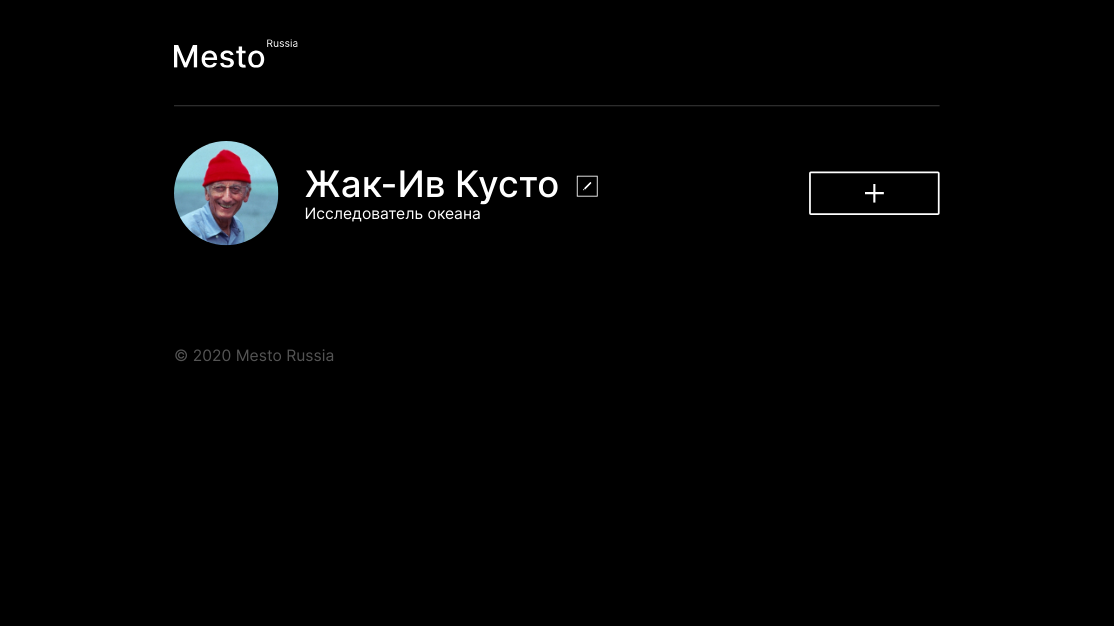
Repository: Akhtool/mesto
Page: index.html
An editor plug-in stored every save of this project. The page is shown before and after the next save, followed by the edit.
The browser window is 1280 px wide. The pictures show the whole page, at 87% of full size.

Above is the page before, as saved 2023-01-03 15:33:55.
Console error: ReferenceError: cardsList is not defined

### index.html
<!DOCTYPE html>
<html lang="ru">
<head>
    <meta charset="UTF-8">
    <meta http-equiv="X-UA-Compatible" content="IE=edge">
    <meta name="viewport" content="width=device-width, initial-scale=1.0">
    <link rel="stylesheet" href="pages/index.css">
    <title>Место</title>
</head>
<body class="page">
    <header class="header">
        <a href="#" class="header__logo-link">
            <img src="./images/header__logo.svg" class="header__logo" alt="Логотип сайта Место">
        </a>
    </header>
    <main class="container">
        <section class="profile">
            <img src="./images/profile__image.jpg" alt="Изображение профиля" class="profile__image">
            <div class="profile__info">
                <div class="profile__name-edit">
                    <h1 class="profile__name">Жак-Ив Кусто</h1>
                    <button type="button" class="profile__edit-button" aria-label="edit"></button>
                </div>
                <p class="profile__description">Исследователь океана</p>
            </div>
            <button type="button" class="profile__add-button" aria-label="add"></button>
        </section>
        <section class="cards">
            <ul class="cards__list"></ul>
        </section>
    </main>
    <footer class="footer">
        <p class="footer__copyright">© 2020 Mesto Russia</p>
    </footer>
    <!--Попап добавления карточек-->
    <div class="popup popup_type_add-card">
        <div class="popup__container">
            <h2 class="popup__title">Новое место</h2>
            <form action="#" name="input-form" class="popup__input-form popup__input-form_type_card">
                <input type="text" name="card-name" required class="popup__input popup__input_type_card-name" placeholder="Название">
                <input type="text" name="card-link" class="popup__input popup__input_type_card-link" placeholder="Ссылка на картинку">
                <input type="submit" value="Создать" class="popup__submit">
            </form>
            <button type="button" class="popup__close-button popup__close-button_type_add-card" aria-label="close"></button>
        </div>
    </div>
    <!--Попап просмотра фотографий-->

    <!--Попап редактирования профиля-->
    <div class="popup popup_type_profile-edit">
        <div class="popup__container">
            <h2 class="popup__title">Редактировать профиль</h2>
            <form action="#" name="input-form" class="popup__input-form popup__input-form_type_profile">
                <input type="text" name="user-name" required class="popup__input popup__input_type_name" placeholder="Имя">
                <input type="text" name="user-description" class="popup__input popup__input_type_description" placeholder="О себе">
                <input type="submit" value="Сохранить" class="popup__submit">
            </form>
            <button type="button" class="popup__close-button popup__close-button_type_profile" aria-label="close"></button>
        </div>
    </div>
    <!-- Шаблон для карточек -->
    <template id="card-template">
        <li class="card">
            <img class="card__image">
            <button type="button" class="card__delete-button"></button>
            <div class="card__info">
                <h2 class="card__name"></h2>
                <button type="button" class="card__like"></button>
            </div>
        </li>
    </template>
    <script src="./scripts/script.js"></script>
</body>
</html>

### pages/index.css
/* root */
@import url(../vendor/normalize.css);
@import url(../vendor/fonts/fonts.css);

/* content */
@import url(../blocks/page/page.css);
@import url(../blocks/container/container.css);

/* header */
@import url(../blocks/header/header.css);
@import url(../blocks/header/__logo-link/header__logo-link.css);
@import url(../blocks/header/__logo/header__logo.css);

/* container */

/* profile */
@import url(../blocks/profile/profile.css);
@import url(../blocks/profile/__image/profile__image.css);
@import url(../blocks/profile/__info/profile__info.css);
@import url(../blocks/profile/__description/profile__description.css);
@import url(../blocks/profile/__add-button/profile__add-button.css);
@import url(../blocks/profile/__name-edit/profile__name-edit.css);
@import url(../blocks/profile/__name/profile__name.css);
@import url(../blocks/profile/__edit-button/profile__edit-button.css);


/* cards */
@import url(../blocks/cards/cards.css);
@import url(../blocks/cards/__list/cards__list.css);


/* card */
@import url(../blocks/card/card.css);
@import url(../blocks/card/__image/card__image.css);
@import url(../blocks/card/__info/card__info.css);
@import url(../blocks/card/__name/card__name.css);
@import url(../blocks/card/__like/card__like.css);
@import url(../blocks/card/__like/_active/card__like_active.css);
@import url(../blocks/card/__delete-button/card__delete-button.css);

/* footer */
@import url(../blocks/footer/footer.css);
@import url(../blocks/footer/__copyright/footer__copyright.css);
/* popup */
@import url(../blocks/popup/popup.css);
@import url(../blocks/popup/_opened/popup_opened.css);
@import url(../blocks/popup/__container/popup__container.css);
@import url(../blocks/popup/__title/popup__title.css);
@import url(../blocks/popup/__input/popup__input.css);
@import url(../blocks/popup/__submit/popup__submit.css);
@import url(../blocks/popup/__close-button/popup__close-button.css);

### scripts/script.js
let editButton = document.querySelector('.profile__edit-button');
let popupEditProfile = document.querySelector('.popup_type_profile-edit');
let popupClose = document.querySelector('.popup__close-button_type_profile');
let formElement = document.querySelector('.popup__input-form_type_profile');
let nameInput = formElement.querySelector('.popup__input_type_name');
let jobInput = formElement.querySelector('.popup__input_type_description');
let profileName = document.querySelector('.profile__name');
let profileDescription = document.querySelector('.profile__description');

function openPopup() {
    nameInput.value = profileName.textContent;
    jobInput.value = profileDescription.textContent;
    popupEditProfile.classList.add('popup_opened');
}
function closePopup() {
    popupEditProfile.classList.remove('popup_opened');
}

function handleFormSubmit (evt) {
    evt.preventDefault();
    profileName.textContent = nameInput.value;
    profileDescription.textContent = jobInput.value;
    closePopup();
}

editButton.addEventListener('click', openPopup);
popupClose.addEventListener('click', closePopup);
formElement.addEventListener('submit', handleFormSubmit);

const initialCards = [
    {
      name: 'Архыз',
      link: 'https://pictures.s3.yandex.net/frontend-developer/cards-compressed/arkhyz.jpg'
    },
    {
      name: 'Челябинская область',
      link: 'https://pictures.s3.yandex.net/frontend-developer/cards-compressed/chelyabinsk-oblast.jpg'
    },
    {
      name: 'Иваново',
      link: 'https://pictures.s3.yandex.net/frontend-developer/cards-compressed/ivanovo.jpg'
    },
    {
      name: 'Камчатка',
      link: 'https://pictures.s3.yandex.net/frontend-developer/cards-compressed/kamchatka.jpg'
    },
    {
      name: 'Холмогорский район',
      link: 'https://pictures.s3.yandex.net/frontend-developer/cards-compressed/kholmogorsky-rayon.jpg'
    },
    {
      name: 'Байкал',
      link: 'https://pictures.s3.yandex.net/frontend-developer/cards-compressed/baikal.jpg'
    }
  ];
  // Функция добавление карточек из шаблон
  const createCardElement = (cardName, cardLink) => {
    // Взять содержание из шаблона
    const cardTemplate = document.querySelector('#card-template').content;
    // Взять тег куда будем вносить данные из шаблона
    const cardsList = document.querySelector('.cards__list');
    // Клонировать содержание шаблона
    const cardElement = cardTemplate.querySelector('.card').cloneNode(true);
    // Заполнить содержимым
    cardElement.querySelector('.card__name').textContent = cardName;
    cardElement.querySelector('.card__image').src = cardLink;

    // Кнопка лайка
    cardElement.querySelector('.card__like').addEventListener('click', function (evt) {
        evt.target.classList.toggle('card__like_active');
      });

    // Кнопка удаления карточки
    const cardDeleteButton = cardElement.querySelector('.card__delete-button');
    cardDeleteButton.addEventListener('click', function (evt) {
        cardElement.remove();
    });
    return cardElement;
};
// Добавление карточек из массива
const addCardElement = (name, link) => {
    // Отобразить на странице
    cardsList.prepend(createCardElement(name, link));
};
  const addCard = (array) => {
    array.forEach((element) => {
        addCardElement(element.name, element.link);
    });
  };

  addCard(initialCards);
//попап добавлениея фотографий
  const popupAddCard = document.querySelector ('.popup_type_add-card');
  const addCardButton = document.querySelector('.profile__add-button');
  const cardSaveButton = document.querySelector('.popup__save-button');
  const cardElementName = document.querySelector('.popup__input_type_card-name');
  const cardElementLink = document.querySelector('.popup__input_type_card-link');
  const addCardForm = document.querySelector('.popup__input-form_type_card');
  const popupCloseButton = document.querySelector('.popup__close-button_type_add-card');

  function openAddCardPopup() {
    popupAddCard.classList.add('popup_opened');

  }

  function closeAddCardPopup() {
    popupAddCard.classList.remove('popup_opened');
  }

  function handleAddCardForm (evt) {
    evt.preventDefault();
    addCardElement(cardElementName.value, cardElementLink.value);
    closeAddCardPopup();
}

  popupCloseButton.addEventListener('click', closeAddCardPopup);
  addCardForm.addEventListener('submit', handleAddCardForm);
  addCardButton.addEventListener('click', openAddCardPopup);

### vendor/fonts/fonts.css
@font-face {
    font-family: 'Inter';
    font-style: normal;
    font-weight: 400;
    src: url(./Inter-Regular.woff2) format(woff2),
         url(./Inter-Regular.woff) format(woff);
}

@font-face {
    font-family: 'Inter';
    font-style: normal;
    font-weight: 500;
    src: url(./Inter-Medium.woff2) format(woff2),
         url(./Inter-Medium.woff) format(woff);
}

@font-face {
    font-family: 'Inter';
    font-style: normal;
    font-weight: 900;
    src: url(./Inter-Black.woff2) format(woff2),
         url(./Inter-Black.woff) format(woff);
}

### blocks/page/page.css
.page {
    background-color: #000000;
    box-sizing: border-box;
    font-family: 'Inter', Arial, Helvetica, sans-serif;
    -moz-osx-font-smoothing: grayscale;
    -webkit-font-smoothing: antialiased;
    -webkit-text-size-adjust: 100%;
    -ms-text-size-adjust: 100%;
    -moz-text-size-adjust: 100%;
    text-rendering: optimizeLegibility;
    max-width: 1280px;
    margin: 0 auto;
}

### blocks/container/container.css
.container {
    max-width: 1280px;
    min-width: 320px;
    margin: 0 auto;
}

@media screen and (max-width: 920px) {
    .container {
        padding: 0 27px;
    }

}

@media screen and (max-width: 500px) {
    .container {
        padding: 0;
    }
}

### blocks/header/header.css
.header {
    padding-top: 45px;
    border-bottom: 1px solid rgba(84, 84, 84, .7);
    max-width: 880px;
    margin: 0 auto;
}

@media screen and (max-width: 500px) {
    .header {
        padding-top: 28px;
    }
}

### blocks/header/__logo-link/header__logo-link.css
.header__logo-link {
    display: block;
    max-width: 142px;
    padding-bottom: 40px;
    cursor: pointer;
}

@media screen and (max-width: 920px) {
    .header__logo-link {
        padding-left: 27px;
    }

}

@media screen and (max-width: 500px) {
    .header__logo-link {
        padding-bottom: 30px;
    }
}

### blocks/header/__logo/header__logo.css
.header__logo {
    max-width: 100%;
}

@media screen and (max-width: 500px) {
    .header__logo {
        max-width: 103px;
    }
}

### blocks/profile/profile.css
.profile {
    max-width: 880px;
    margin: 0 auto;
    padding-top: 40px;

    display: flex;
    align-items: center;
}

@media screen and (max-width: 768px) {
    .profile {
        flex-direction: column;
    }
}

### blocks/profile/__image/profile__image.css
.profile__image {
    width: 120px;
    height: 120px;
    border-radius: 50%;
}

@media screen and (max-width: 768px) {
    .profile__image {
        margin-bottom: 26px;
    }
}

### blocks/profile/__info/profile__info.css
.profile__info {
    padding-left: 30px;
    flex: 1;
    flex-grow: 1;
    flex-shrink: 1;
    flex-basis: 0%;
    flex-direction: column;
}

@media screen and (max-width: 768px) {
    .profile__info {
        padding: 0 0 36px 0;
        text-align: center;
    }
}

### blocks/profile/__description/profile__description.css
.profile__description {
    font-family: 'Inter', Arial, Helvetica, sans-serif;
    font-style: normal;
    font-weight: 400;
    font-size: 18px;
    line-height: 22px;
    color: #FFFFFF;
    max-width: 350px;
    text-overflow: ellipsis;
    white-space: nowrap;
    overflow: hidden;

    padding: 0;
    margin: 0;
}

@media screen and (max-width: 500px) {
    .profile__description {
        font-size: 14px;
        line-height: 17px;
        margin: 0 auto;
        max-width: 200px;
    }
}

### blocks/profile/__add-button/profile__add-button.css
.profile__add-button {
    width: 150px;
    height: 50px;
    border: 2px solid #FFFFFF;
    border-radius: 2px;
    background-color: transparent;
    background-image: url(../../../images/add-button__image.svg);
    background-position: center;
    background-repeat: no-repeat;
    background-size: 22px;
}

.profile__add-button:hover {
    opacity: .6;
    cursor: pointer;
    transition: opacity .2s linear;
}

@media screen and (max-width: 768px) {
    .profile__add-button {
        width: 282px;
        background-size: 16px;
    }
}

### blocks/profile/__name-edit/profile__name-edit.css
.profile__name-edit {
    display: flex;
    align-items: baseline;
    gap: 20px;
    flex-direction: row;
}

@media screen and (max-width: 500px) {
    .profile__name-edit {
        gap: 10px;
    }
}

### blocks/profile/__name/profile__name.css
.profile__name {
    font-family: 'Inter', Arial, Helvetica, sans-serif;
    font-style: normal;
    font-weight: 500;
    font-size: 42px;
    line-height: 48px;
    color: #FFFFFF;
    max-width: 350px;
    text-overflow: ellipsis;
    white-space: nowrap;
    overflow: hidden;

    padding: 0;
    margin: 0;
}

@media screen and (max-width: 768px) {
    .profile__name {
        padding-bottom: 14px;
    }
}

@media screen and (max-width: 500px) {
    .profile__name {
        font-size: 27px;
        line-height: 33px;
        margin-left: 27px;
        padding-bottom: 6px;
        max-width: 200px;
    }
}

### blocks/profile/__edit-button/profile__edit-button.css
.profile__edit-button {
    width: 24px;
    height: 24px;
    box-sizing: border-box;
    border: 1px solid #FFFFFF;
    background-color: transparent;
    background-image: url(../../../images/edit-button.svg);
    background-position: center;
    background-repeat: no-repeat;
    background-size: 10px;
}

.profile__edit-button:hover {
    opacity: .6;
    cursor: pointer;
    transition: opacity .2s linear;
}

@media screen and (max-width: 500px) {
    .profile__edit-button {
        width: 18px;
        height: 18px;
    }
}

### blocks/cards/cards.css
.cards {
    max-width: 880px;
    margin: 0  auto;
    padding-top: 50px;
}

@media screen and (max-width: 500px) {
    .cards {
        padding-top: 35px;
    }
}

### blocks/cards/__list/cards__list.css
.cards__list {
    display: grid;
    grid-template-columns: repeat(auto-fit, 282px);
    column-gap: 17px;
    row-gap: 20px;
    box-sizing: border-box;
    padding: 0;
    margin: 0 auto;
    list-style: none;
}

@media screen and (max-width: 920px) {
    .cards__list {
        justify-content: center;
    }

}

### blocks/card/card.css
.card {
    position: relative;
    box-sizing: border-box;
    max-width: 282px;
    border-radius: 10px;
    overflow: hidden;
    background-color: #fff;
    margin: 0;
    padding: 0;
}

### blocks/card/__image/card__image.css
.card__image {
    display: block;
    width: 282px;
    height: 282px;
    transition: .2s linear;
}

### blocks/card/__info/card__info.css
.card__info {
    display: flex;
    justify-content: space-between;
    align-items: center;
    padding: 25px 20px 25px 20px;
    box-sizing: border-box;
}

### blocks/card/__name/card__name.css
.card__name {
    padding: 0;
    margin: 0;
    max-width: 195px;
    font-family: 'Inter', Arial, Helvetica, sans-serif;
    font-style: normal;
    font-weight: 900;
    font-size: 24px;
    line-height: 29px;
    text-overflow: ellipsis;
    white-space: nowrap;
    overflow: hidden;
    color: #000000;
}

### blocks/card/__like/card__like.css
.card__like {
    padding: 0;
    margin: 0;
    min-width: 22px;
    min-height: 19px;
    background-color: transparent;
    background-image: url(../../../images/like-button_disabled.svg);
    background-position: center;
    background-repeat: no-repeat;
    background-size: contain;
    border: 0;
    transition: .7s all;
}

.card__like:hover {
    opacity: .5;
    cursor: pointer;
    transition: opacity .2s linear;
}

### blocks/card/__like/_active/card__like_active.css
.card__like_active {
    background: url(../../../../images/like-button_active.svg) center no-repeat;
    transition: .7s all;
}

### blocks/card/__delete-button/card__delete-button.css
.card__delete-button{
    position: absolute;
    top: 20px;
    right: 20px;
    width: 18px;
    height: 19px;
    border: none;
    background-image: url(../../../images/delete-button.svg);
    background-repeat: no-repeat;
    background-position: center;
    background-size: cover;
    background-color: rgba(0, 0, 0, 0);
    cursor: pointer;
}

.card__delete-button:hover {
    opacity: .6;
    transition: opacity .7s ease;
}

### blocks/footer/footer.css
.footer {
    max-width: 880px;
    margin: 0 auto;
    padding: 66px 0 60px;
}

@media screen and (max-width: 500px) {
    .footer {
        padding-top: 48px;
        padding-bottom: 36px;
    }
}

### blocks/footer/__copyright/footer__copyright.css
.footer__copyright {
    font-family: 'Inter', Arial, Helvetica, sans-serif;
    font-style: normal;
    font-weight: 400;
    font-size: 18px;
    line-height: 22px;
    color: #545454;
    padding: 0;
    margin: 0;
}

@media screen and (max-width: 920px) {
    .footer__copyright {
        padding-left: 27px;
    }

}

@media screen and (max-width: 500px) {
    .footer__copyright {
        font-size: 14px;
        line-height: 17px;
        padding-left: 19px;
    }
}

### blocks/popup/popup.css
.popup {
    position: fixed;
    display: none;
    justify-content: center;
    align-items: center;
    top: 0;
    right: 0;
    bottom: 0;
    left: 0;
    width: 100%;
    height: 100vh;
    background-color: rgba(0, 0, 0, .5);
  }

### blocks/popup/_opened/popup_opened.css
.popup_opened {
    display: flex;
    visibility: visible;
    opacity: 1;
    z-index: 5;
    transition: opacity 1s;
}

### blocks/popup/__container/popup__container.css
.popup__container {
    display: flex;
    flex-direction: column;
    justify-content: space-between;
    box-sizing: border-box;
    margin: 0 auto;
    padding: 34px 36px 37px 36px;
    position: relative;
    min-width: 430px;
    background-color: #fff;
    border-radius: 10px;

}

@media screen and (max-width: 500px) {
    .popup__container {
        justify-content: flex-start;
        min-width: 282px;
        padding: 22px 22px;
    }
}

### blocks/popup/__title/popup__title.css
.popup__title {
    font-family: 'Inter', Arial, Helvetica, sans-serif;
    font-style: normal;
    font-weight: 900;
    font-size: 24px;
    line-height: 29px;
    color: #000000;
    margin: 0 0 44px 0;
}

@media screen and (max-width: 500px) {
    .popup__title {
      font-size: 18px;
      margin-bottom: 65px;
    }
  }

### blocks/popup/__input/popup__input.css
.popup__input {
    display: block;
    margin: 0;
    padding: 0;
    width: 358px;
    height: 27px;
    outline: none;
    border: 0;
    border-bottom: 1px solid rgba(0, 0, 0, 0.2);
    padding-bottom: 4px;
    font-family: 'Inter', Arial, Helvetica, sans-serif;
    font-style: normal;
    font-weight: 400;
    font-size: 14px;
    line-height: 17px;
    color: #000000;
  }

  .popup__input:first-child {
    margin-bottom: 25px;
  }

  .popup__input:nth-child(2) {
    margin-bottom: 45px;
  }

  @media screen and (max-width: 500px) {
    .popup__input {
      width: 238px;
      height: 27px;
    }
  }

### blocks/popup/__submit/popup__submit.css
.popup__submit {
    box-sizing: border-box;
    border: 0;
    background: #000000;
    border-radius: 2px;
    color: #fff;
    cursor: pointer;
    font-family: 'Inter', Arial, Helvetica, sans-serif;
    font-style: normal;
    font-weight: 400;
    font-size: 18px;
    line-height: 22px;
    text-align: center;
    min-width: 358px;
    min-height: 50px;
}

.popup__submit:hover {
    opacity: .8;
  }

  @media screen and (max-width: 500px) {
    .popup__submit {
      height: 46px;
      font-size: 14px;
      line-height: 17px;
      min-width: 238px;
      min-height: 46px;
    }
  }

### blocks/popup/__close-button/popup__close-button.css
.popup__close-button {
    position: absolute;
    background-image: url(../../../images/close-button.svg);
    background-size: contain;
    background-repeat: no-repeat;
    background-position: center;
    background-color: transparent;
    border: 0;
    outline: none;
    width: 32px;
    height: 32px;
    top: -40px;
    right: -40px;
    cursor: pointer;
  }

  .popup__close-button:hover {
    opacity: .6;
  }

  @media screen and (max-width: 635px) {
    .popup__close-button {
      width: 20px;
      height: 20px;
      top: -38px;
      right: 0;
    }
  }

Loaded but not shown: vendor/normalize.css (library)

After the next save:
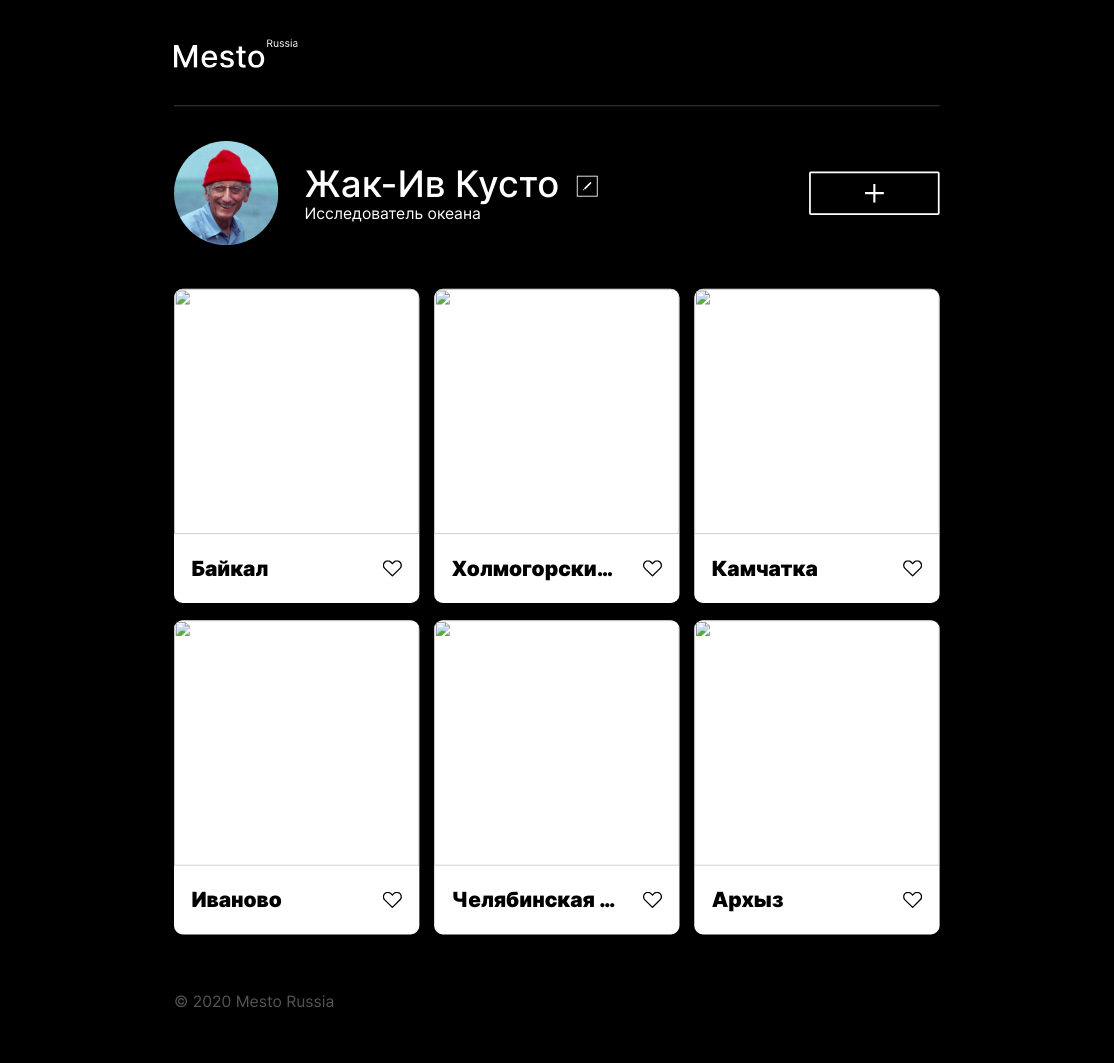
The error is gone.
Saved 2 min 48 s later.
--- a/scripts/script.js
+++ b/scripts/script.js
@@ -53,12 +53,11 @@ const initialCards = [
       link: 'https://pictures.s3.yandex.net/frontend-developer/cards-compressed/baikal.jpg'
     }
   ];
+  const cardsList = document.querySelector('.cards__list');
   // Функция добавление карточек из шаблон
   const createCardElement = (cardName, cardLink) => {
     // Взять содержание из шаблона
     const cardTemplate = document.querySelector('#card-template').content;
-    // Взять тег куда будем вносить данные из шаблона
-    const cardsList = document.querySelector('.cards__list');
     // Клонировать содержание шаблона
     const cardElement = cardTemplate.querySelector('.card').cloneNode(true);
     // Заполнить содержимым
